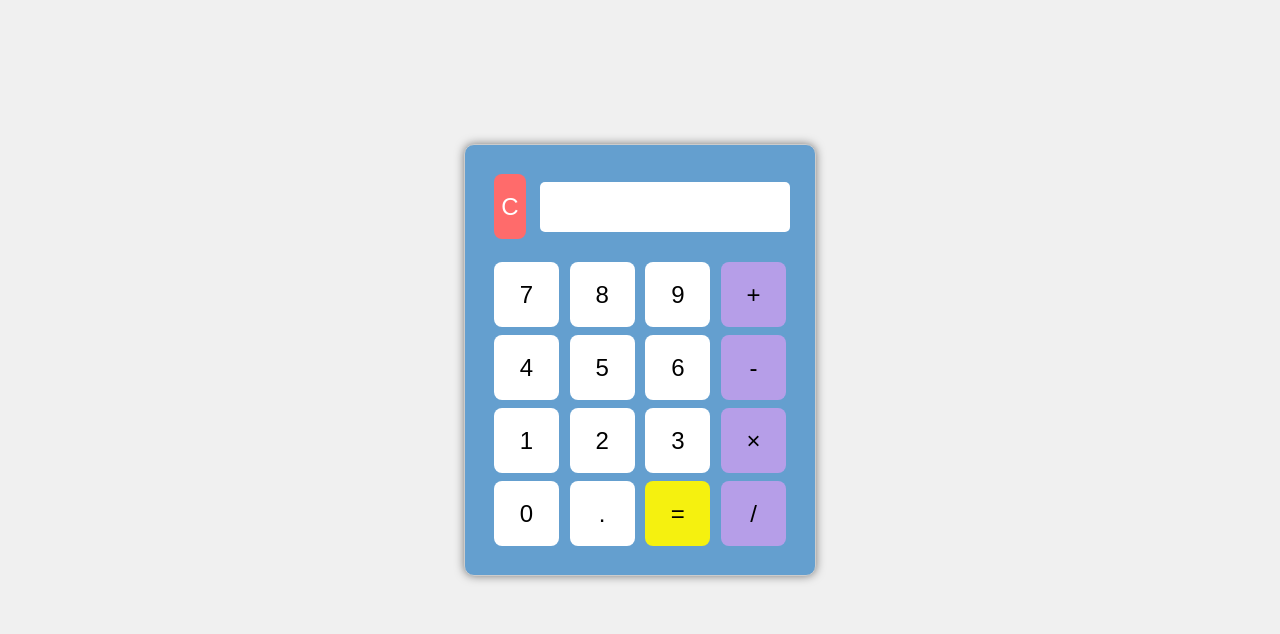
Repository: Burnmyheart/calculator
Page: index.html
An editor plug-in stored every save of this project. The page is shown before and after the next save, followed by the edit.
The browser window is 1280 px wide. The pictures show the whole page.

Above is the page before, as saved 2025-04-28 22:46:44.

### index.html
<!DOCTYPE html>
<html lang="en">
  <head>
    <meta charset="UTF-8" />
    <meta name="viewport" content="width=device-width, initial-scale=1.0" />
    <title>Калькулятор</title>
    <link rel="stylesheet" href="style.css" />
  </head>
  <body>
    <div class="calculator">
      <!-- Поле вывода и кнопка сброса -->
      <div class="display-container">
        <button class="clear" onclick="clearDisplay()">C</button>
        <input type="text" id="display" readonly />
      </div>

      <!-- Кнопки калькулятора -->
      <div>
        <button onclick="addNumber('7')">7</button>
        <button onclick="addNumber('8')">8</button>
        <button onclick="addNumber('9')">9</button>
        <button class="operation" onclick="addOperation('+')">+</button>
      </div>
      <div>
        <button onclick="addNumber('4')">4</button>
        <button onclick="addNumber('5')">5</button>
        <button onclick="addNumber('6')">6</button>
        <button class="operation" onclick="addOperation('-')">-</button>
      </div>
      <div>
        <button onclick="addNumber('1')">1</button>
        <button onclick="addNumber('2')">2</button>
        <button onclick="addNumber('3')">3</button>
        <button class="operation" onclick="addOperation('*')">×</button>
      </div>
      <div>
        <button onclick="addNumber('0')">0</button>
        <button onclick="addNumber('.')">.</button>
        <button class="calculate" onclick="calculate()">=</button>
        <button class="operation" onclick="addOperation('/')">/</button>
      </div>
    </div>

    <script src="calculator.js"></script>
  </body>
</html>

### style.css
/* Базовые стили для читаемости */
body {
  display: flex;
  justify-content: center;
  align-items: center;
  min-height: 100vh;
  margin: 0;
  background-color: #f0f0f0;
}

.calculator {
  background-color: #649fcf;
  padding: 25px;
  border: 1px solid #ccc;
  border-radius: 10px;
  width: 300px;
  box-shadow: 0 0 10px 0 rgba(0, 0, 0, 0.5);
}

.display-container {
  margin-bottom: 15px;
  display: flex;
  align-items: center;
  gap: 10px;
}

#display {
  width: 230px;
  height: 40px;
  padding: 5px 10px;
  text-align: right;
  font-size: 24px;
  border-radius: 5px;
  border: none;
}

.calculator > div:not(.display-container) {
  display: flex;
  justify-content: space-between;
}

button {
  width: 65px;
  height: 65px;
  margin: 4px;
  border: none;
  background-color: white;
  border-radius: 8px;
  font-size: 24px;
  cursor: pointer;
}

.clear {
  background-color: #ff6b6b;
  color: white;
}

.calculate {
  background-color: #f5f10f;
}

.operation {
  background-color: #ef9efa98;
}

### calculator.js
// Получаем элемент дисплея
const display = document.getElementById("display");

// Переменные для хранения данных
let firstNumber = "";
let operator = "";
let newNumber = false;

// Добавление цифры
function addNumber(num) {
  if (newNumber) {
    display.value = num;
    newNumber = false;
  } else {
    display.value += num;
  }
}

// Добавление операции
function addOperation(op) {
  // Проверяем, что есть число для операции
  if (display.value === "") {
    display.value = "Ошибка: введите число";
    return;
  }
  // Если уже есть операция, выполняем её
  if (firstNumber && operator) {
    calculate();
  }
  firstNumber = display.value;
  operator = op;
  newNumber = true;
}

// Вычисление результата
function calculate() {
  // Проверяем наличие всех необходимых данных
  if (!firstNumber || !operator || !display.value) {
    display.value = "Ошибка: неполное выражение";
    return;
  }

  let result;
  let a = parseFloat(firstNumber);
  let b = parseFloat(display.value);

  switch (operator) {
    case "+":
      result = a + b;
      break;
    case "-":
      result = a - b;
      break;
    case "*":
      result = a * b;
      break;
    case "/":
      if (b === 0) {
        display.value = "Ошибка: деление на ноль";
        firstNumber = "";
        operator = "";
        newNumber = true;
        return;
      }
      result = a / b;
      break;
  }

  display.value = result;
  firstNumber = "";
  operator = "";
  newNumber = true;
}

// Очистка дисплея
function clearDisplay() {
  display.value = "";
  firstNumber = "";
  operator = "";
  newNumber = false;
}

After the next save:
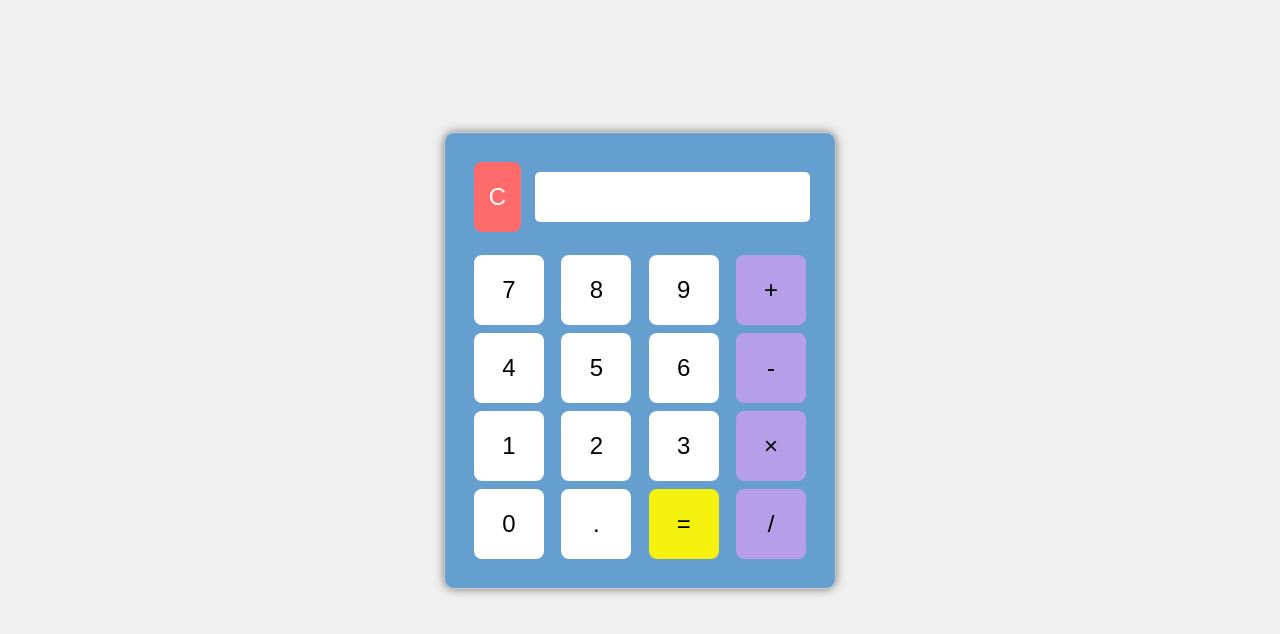
Saved 65 s later.
--- a/style.css
+++ b/style.css
@@ -13,7 +13,7 @@ body {
   padding: 25px;
   border: 1px solid #ccc;
   border-radius: 10px;
-  width: 300px;
+  width: 340px;
   box-shadow: 0 0 10px 0 rgba(0, 0, 0, 0.5);
 }
 
@@ -25,7 +25,7 @@ body {
 }
 
 #display {
-  width: 230px;
+  width: 255px;
   height: 40px;
   padding: 5px 10px;
   text-align: right;
@@ -40,8 +40,8 @@ body {
 }
 
 button {
-  width: 65px;
-  height: 65px;
+  width: 70px;
+  height: 70px;
   margin: 4px;
   border: none;
   background-color: white;
